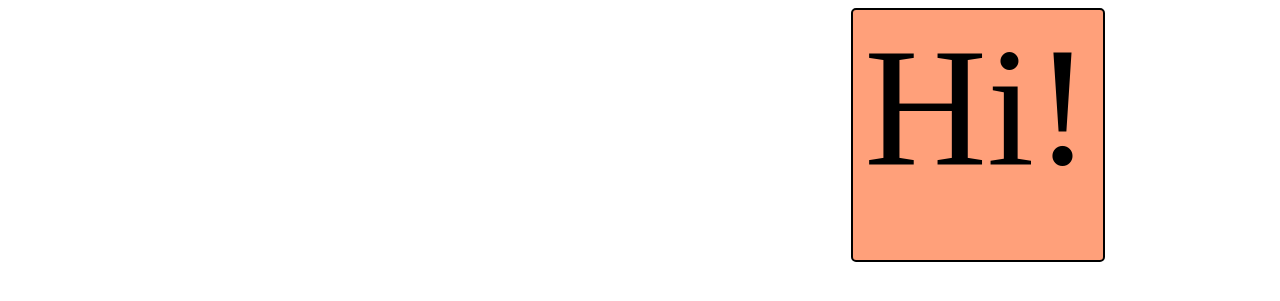
Repository: nottonofclay/csi_waymo
Page: animations/animations.html
These files come from the project's save history. The page is drawn as it stood at one moment and after the next save; the edit follows.
The browser window is 1280 px wide. The pictures show the whole page.

Above is the page before, as saved 2023-07-06 12:41:43.

### animations/animations.html
<!DOCTYPE html>
<html lang="en">
<head>
    <meta charset="UTF-8">
    <meta name="viewport" content="width=device-width, initial-scale=1.0">
    <title>Document</title>
    <link rel="stylesheet" href="animations.css">
</head>
<body>
    <div id="box1">Hi!</div>
</body>
</html>

### animations/animations.css
#box1 {
    border: 2px solid;
    border-radius: 5px;
    width: 250px;
    height: 250px;
    background: lightsalmon;
    font-size: 170px;
    text-align: center;

    /* animation: mySlide;
    animation-play-state: running;
    animation-iteration-count: infinite;
    animation-delay: 0;
    animation-timing-function: ease-out;
    animation-duration: 3s; */
    /* duration | time func | delay | iter count | playstate | name */
    animation: 3s linear 0s 10 running mySlide;
}

#box1:hover {
    animation: 1s ease-in-out 0s infinite running myRotate;
}

@keyframes mySlide {
    from {margin-left: 0%}
    to {margin-left: 100%}
}

@keyframes myRotate {
    100%{transform: rotateX(360deg);}
}

After the next save:
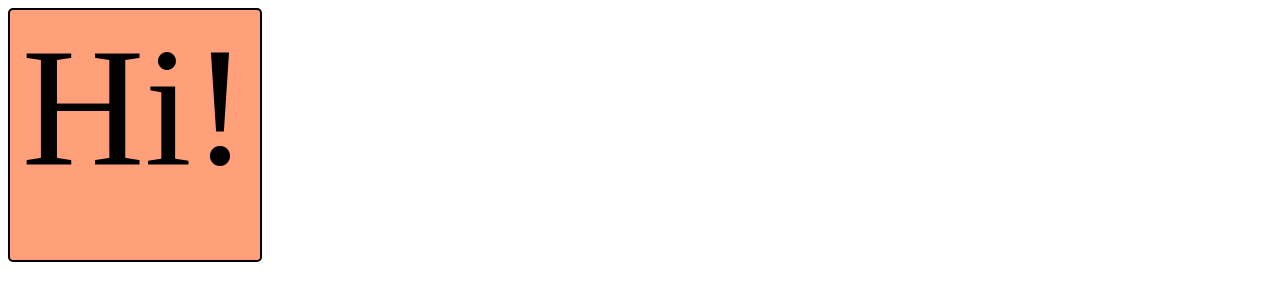
Saved 6 s later.
--- a/animations/animations.css
+++ b/animations/animations.css
@@ -14,7 +14,7 @@
     animation-timing-function: ease-out;
     animation-duration: 3s; */
     /* duration | time func | delay | iter count | playstate | name */
-    animation: 3s linear 0s 10 running mySlide;
+    /* animation: 3s linear 0s 10 running mySlide; */
 }
 
 #box1:hover {
